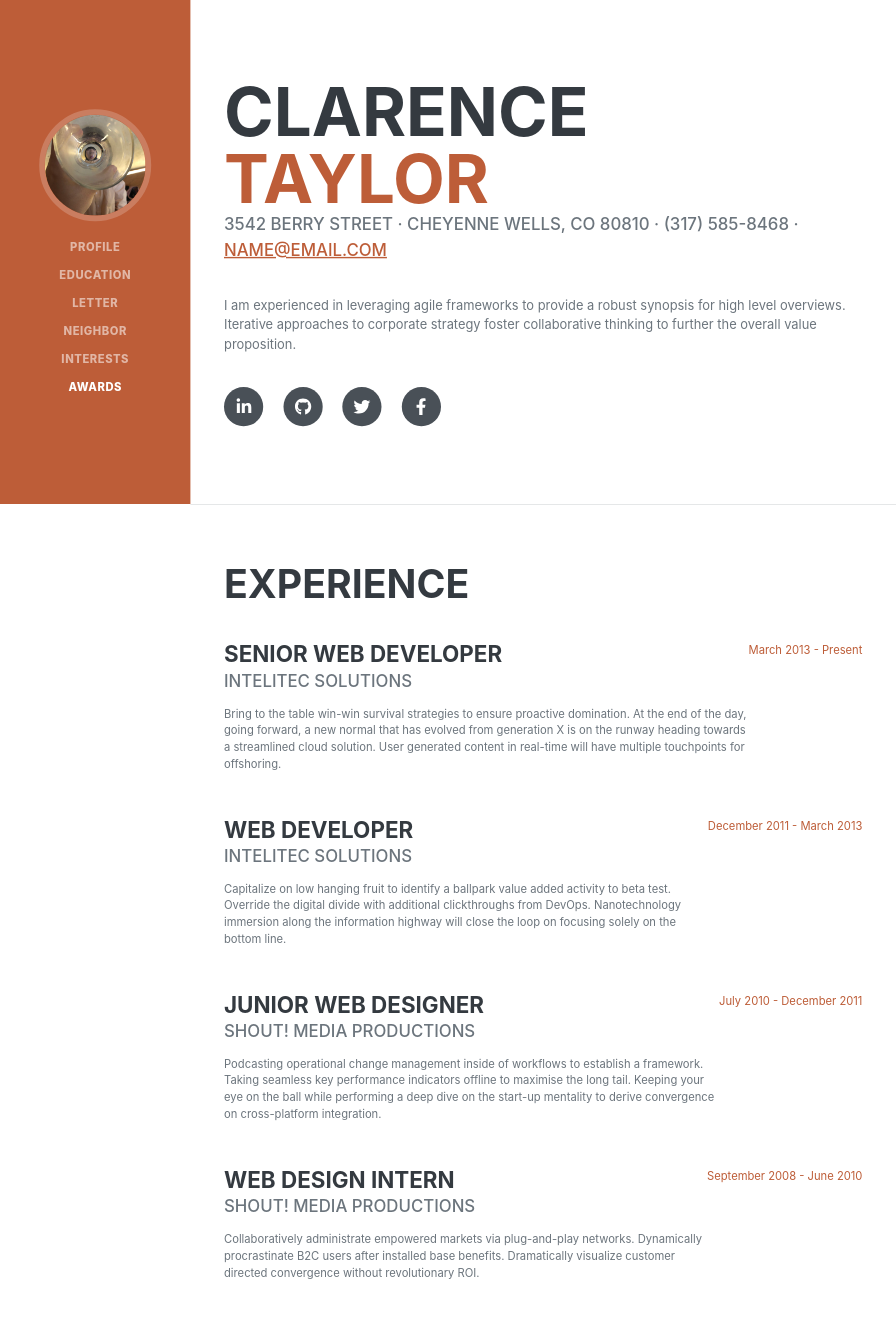
Repository: hxnky/klog
Page: http://localhost/Klog/WEB-INF/views/member/main.jsp
These files come from the project's save history. The page is drawn as it stood at one moment and after the next save; the edit follows.
The browser window is 1280 px wide. The pictures show the part of the page from y = 0 to 1920 px (the page is 4810 px tall), at 70% of full size.
Some web fonts or font styles are not loaded; a fallback is used. The page is served by Tomcat 9. Nobody is signed in. The template is opened directly, without the code that normally fills it, so the values that code supplies are empty.

Above is the page before, as saved 2022-03-09 13:30:29.

After the next save:
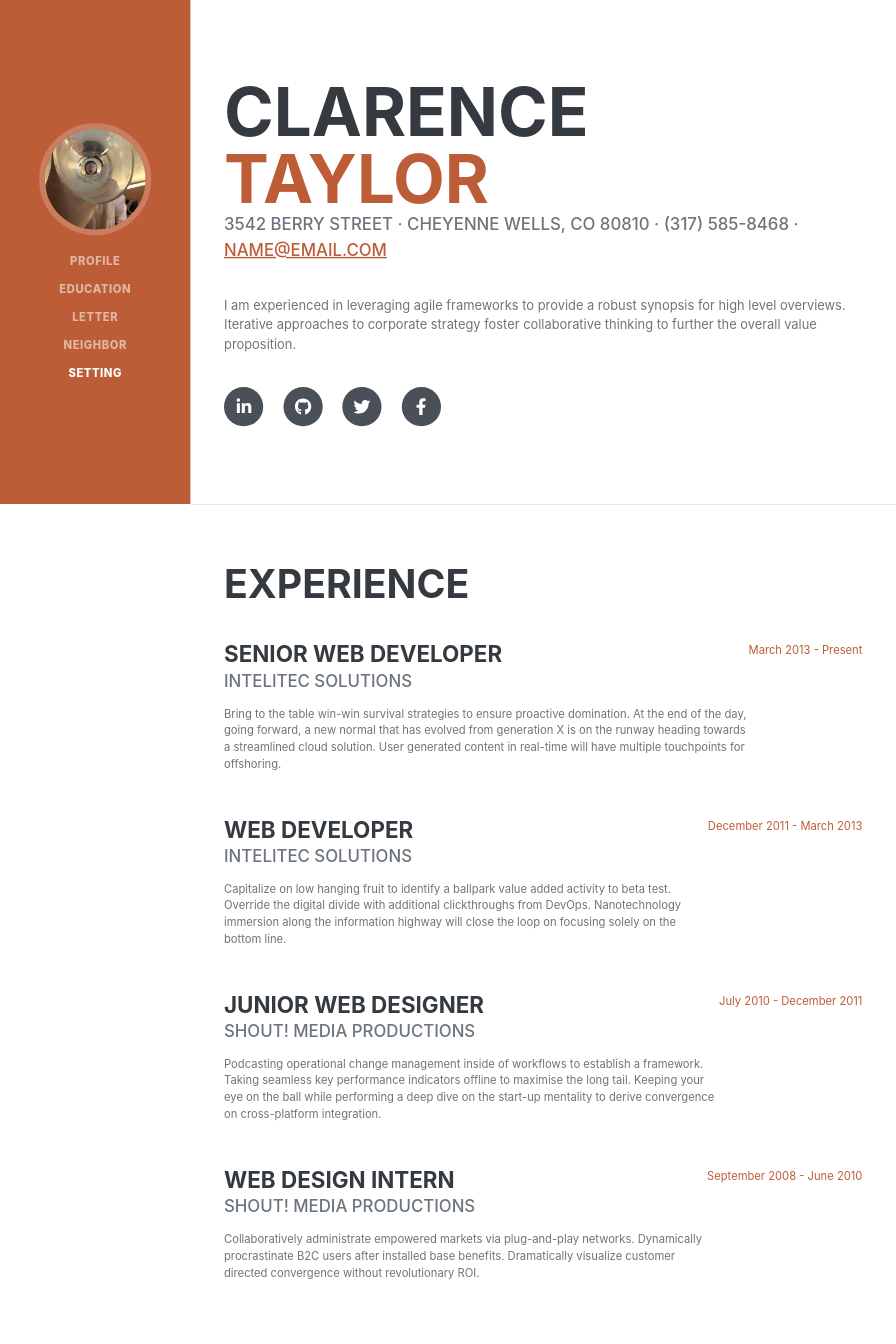
Saved 9 min 11 s later.
--- a/blog/Klog/src/main/webapp/WEB-INF/views/member/main.jsp
+++ b/blog/Klog/src/main/webapp/WEB-INF/views/member/main.jsp
@@ -31,8 +31,7 @@
                     <li class="nav-item"><a class="nav-link js-scroll-trigger" href="#experience">Education</a></li>
                     <li class="nav-item"><a class="nav-link js-scroll-trigger" href="#education">letter</a></li>
                     <li class="nav-item"><a class="nav-link js-scroll-trigger" href="#skills">neighbor</a></li>
-                    <li class="nav-item"><a class="nav-link js-scroll-trigger" href="#interests">Interests</a></li>
-                    <li class="nav-item"><a class="nav-link js-scroll-trigger" href="#awards">Awards</a></li>
+                    <li class="nav-item"><a class="nav-link js-scroll-trigger" href="#interests">Setting</a></li>
                 </ul>
             </div>
         </nav>
